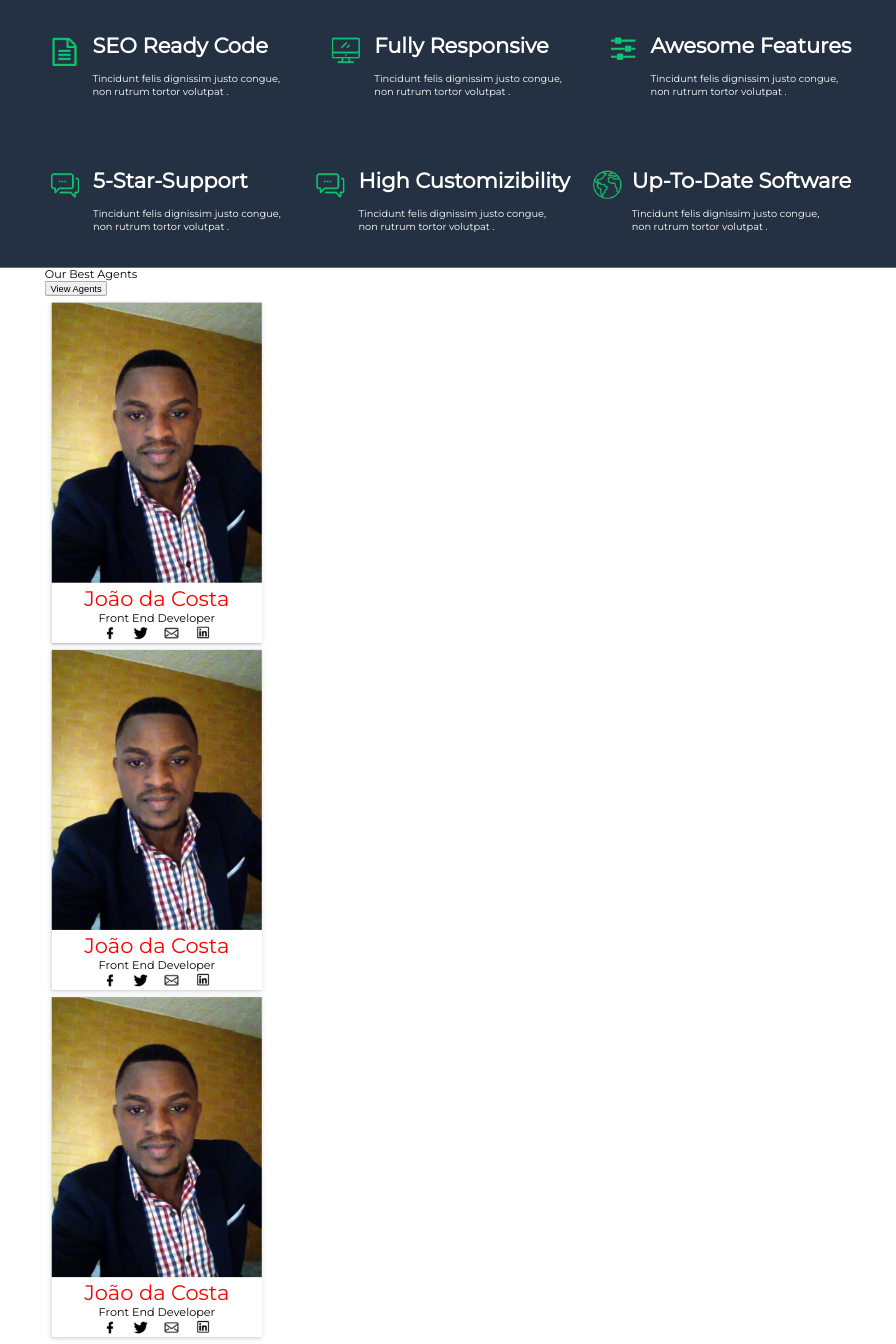
Repository: Yowani24/Real-Estate2
Page: index.html
An editor plug-in stored every save of this project. The page is shown before and after the next save, followed by the edit.
The browser window is 1280 px wide. The pictures show the part of the page from y = 1379 to 3299 px (the page is 3299 px tall), at 70% of full size.
Some web fonts or font styles are not loaded; a fallback is used.

Above is the page before, as saved 2021-08-27 15:18:42.

### index.html
<!DOCTYPE html>
<html lang="en">
<head>
    <meta charset="UTF-8">
    <meta http-equiv="X-UA-Compatible" content="IE=edge">
    <meta name="viewport" content="width=device-width, initial-scale=1.0">
    <title>Real State</title>
    <link rel="stylesheet" href="styles.css">

    <!-- ============FONT-FAMILY============== -->
    <link rel="preconnect" href="https://fonts.googleapis.com">
    <link rel="preconnect" href="https://fonts.gstatic.com" crossorigin>
    <link href="https://fonts.googleapis.com/css2?family=Montserrat&family=Rozha+One&display=swap" rel="stylesheet">

    <!-- ======================VUELS CDN=================== -->
    <script src="https://cdn.jsdelivr.net/npm/vue@2"></script>

</head>
<body>
    <Header>
        <div class="interface_wrapper header_wrapper">
            <div class="logo_box">
                <img src="/images/realLogo.png" alt="">
                <p><span>Real</span> Estate</p>
            </div>

            <div class="menu">
                <nav>
                    <ul>
                        <li><a href="#">Home</a></li>
                        <li><a href="#">About</a></li>
                        <li><a href="#">Agents</a></li>
                        <li><a href="#">Price</a></li>
                        <li><a href="#">Blog</a></li>
                    </ul>
                </nav>
            </div>
        </div>
    </Header>

    <section class="showcase_sec">
        <div class="interface_wrapper showcase">
            <p>Give Life For Your <br/>Dream <span>Home</span></p>
            <p>Always on the lookout for the hi-tech advancements.  Build not only a product that can sell well, but a platform through which to deliver it.</p>

            <div class="btns_box">
                <button>Read more</button>
                <button>Contact Us</button>
            </div>
        </div>
    </section>

    <section class="about_us_sec">
        <div class="interface_wrapper about_us">
            <p><span>About</span> Us</p>
            <p>A modern and unique style </p>

            <div id="app">
                <div v-for="item in items">
                    <img :src="item.ima" alt="">
                    <p>{{item.desc}}</p>
                </div>
            </div>
        </div>
    </section>

    <section class="services_sec">
        <div id="services" class="interface_wrapper services">
            <div class="services_box" v-for="item in items">
                <img :src="item.ima" alt="">
                <div>
                    <p>{{item.titulo}}</p>
                    <p>{{item.desc}}</p>
                </div>
            </div>
        </div>
    </section>

    <section class="best_agents_sec">
        <div class="interface_wrapper best_agents">
            <div id="bestAgents">
                <div>
                    <p>Our Best Agents</p>
                    <button>View Agents</button>
                </div>
                <div class="agents_box" v-for="item in items">
                    <div class="agents_image_box">
                        <img :src="item.ima" alt="">
                    </div>
                    <p>{{item.name}}</p>
                    <p>{{item.office}}</p>
                    <div class="agents_social">
                        <img src="/images/facebook.png" alt="">
                        <img src="/images/twitter.png" alt="">
                        <img src="/images/email.png" alt="">
                        <img src="/images/linkedin.png" alt="">
                    </div>
                </div>
            </div>
        </div>
    </section>



    <script>
        var app = new Vue({
            el: '#app',
            data: {
                items: [
                    {ima:'https://images.unsplash.com/photo-1583231684537-bd79dc887244?ixlib=rb-1.2.1&ixid=MnwxMjA3fDB8MHxwaG90by1yZWxhdGVkfDZ8fHxlbnwwfHx8fA%3D%3D&auto=format&fit=crop&w=500&q=60', desc:'Tomin Villa Denmarkd'},
                    {ima:'https://images.unsplash.com/photo-1613490493576-7fde63acd811?ixlib=rb-1.2.1&ixid=MnwxMjA3fDB8MHxwaG90by1yZWxhdGVkfDV8fHxlbnwwfHx8fA%3D%3D&auto=format&fit=crop&w=500&q=60', desc:'Financial Office Romania'},
                    {ima:'https://images.unsplash.com/photo-1416331108676-a22ccb276e35?ixlib=rb-1.2.1&ixid=MnwxMjA3fDB8MHxwaG90by1yZWxhdGVkfDJ8fHxlbnwwfHx8fA%3D%3D&auto=format&fit=crop&w=500&q=60', desc:'Cruzz Villa Spain'},
                ]
            }
        });

        var app = new Vue({
            el: '#services',
            data: {
                items: [
                    {ima:'/images/SEO_Ready_Code.png', titulo:'SEO Ready Code', desc:'Tincidunt felis dignissim justo congue, non rutrum tortor volutpat .'},
                    {ima:'/images/Fully_Responsive.png', titulo:'Fully Responsive', desc:'Tincidunt felis dignissim justo congue, non rutrum tortor volutpat .'},
                    {ima:'/images/Awesome_Features.png', titulo:'Awesome Features', desc:'Tincidunt felis dignissim justo congue, non rutrum tortor volutpat .'},
                    {ima:'/images/5-Star-Support.png', titulo:'5-Star-Support', desc:'Tincidunt felis dignissim justo congue, non rutrum tortor volutpat .'},
                    {ima:'/images/5-Star-Support.png', titulo:'High Customizibility', desc:'Tincidunt felis dignissim justo congue, non rutrum tortor volutpat .'},
                    {ima:'/images/Up-To-Date Software.png', titulo:'Up-To-Date Software', desc:'Tincidunt felis dignissim justo congue, non rutrum tortor volutpat .'},

                ]
            }
        });

        var app = new Vue({
            el: '#bestAgents',
            data: {
                items: [
                    {ima:'/images//www.jpg', name:'João da Costa', office:'Front End Developer'},
                    {ima:'/images//www.jpg', name:'João da Costa', office:'Front End Developer'},
                    {ima:'/images//www.jpg', name:'João da Costa', office:'Front End Developer'},


                ]
            }
        });

    </script>
</body>
</html>

### styles.css
*{
    margin: 0;
}

body{
    padding: 0;
    top: 0;
    left: 0;
    font-family: 'Montserrat', sans-serif;
}
.interface_wrapper{
    width: 90%;
    margin: 0 auto;
}

/* ======================HEADER======================= */
Header{
    background: rgb(23,34,47);
    color: #FFFFFF;
    padding: 10px 0;

}
.header_wrapper{
    display: flex;
    justify-content: space-between;
    align-items:center;
}
.logo_box{
    display: flex;
    align-items: center;
}
.logo_box p{
    font-size: 40px;
    font-weight: 400;
    font-family: 'Rozha One', serif;

}
.logo_box span{
    color: rgb(10, 199, 117);
}
Header .menu nav ul{
    display: flex;
    padding: 0;
}
Header .menu nav li{
    list-style: none;
    margin: 0 20px;
}
Header .menu nav a{
    text-decoration: none;
    color: #FFFFFF;
    font-size: 19px;

}

/* ======================SHOWCASE_SECTION======================= */
.showcase_sec{
    padding-top: 150px;
    padding-bottom: 100px;
    background-image: url('https://images.unsplash.com/photo-1544890603-cf0ce2d65561?ixlib=rb-1.2.1&ixid=MnwxMjA3fDB8MHxwaG90by1wYWdlfHx8fGVufDB8fHx8&auto=format&fit=crop&w=750&q=80');
    background-repeat: no-repeat;
    background-position: center;
    background-size: cover;
}
.showcase p:nth-child(1) {
    font-size: 85px;
    font-family: 'Rozha One', serif;
    width: 800px;
    border-left: 3px solid rgb(10, 199, 117);
    padding-left: 10px;
    line-height: 1;
    margin: 0 auto;
    color: #FFFFFF;

}
.showcase p:nth-child(1) span {
    color: rgb(10, 199, 117);
}

.showcase p:nth-child(2) {
    font-size: 16px;
    color: rgb(255, 255, 255);
    width: 650px;
    line-height: 2;
    margin-top: 75px;
}

.btns_box{
    margin-top: 40px;
}
.btns_box button {
    border: 2px solid rgb(10, 199, 117);
    padding: 0 45px;
    height: 55px;
    font-size: 16px;
    border-radius: 50px;
    font-weight: 500;
    color: #FFFFFF;
    line-height: 19px;
    cursor: pointer;
}

.btns_box button:nth-child(1) {
    background: rgb(10, 199, 117);
}
.showcase button:nth-child(2) {
    color:#FFFFFF;
    margin-left: 10px;
    background: none;
}


/* ======================ABOUT US======================= */
.about_us_sec{
    padding-bottom: 50px;
}
.about_us {
    display: flex;
    flex-direction: column;
}
.about_us p:nth-child(1) {
    font-size: 40px;
    border-left: 3px solid rgb(10, 199, 117);
    padding-left: 10px;
    margin: 0 auto;
    margin-top: 100px;
    margin-bottom: 10px;

}
.about_us p:nth-child(1) span {
    color: rgb(10, 199, 117);
}

.about_us p:nth-child(2) {
    font-size: 22px;
    font-style: italic;
    text-align: center;
    margin-bottom: 100px;
}

#app{
    display: flex;
    align-items: center;
    justify-content: space-between;
    width: 100%;
}
#app img{
    width: 200px;
    height: 200px;
    border-radius:100%;
}
#app p{
    text-align: center;
    font-size: 25px;
    width: 200px;
    margin: 0 auto;
    margin-top: 20px;
    font-style: normal;
}


/* ======================SERVICES======================= */

.services_sec{
    background: rgb(35, 49, 66);
    color: rgb(255, 255, 255);
}
.services{
    display: flex;
    flex-wrap: wrap;
    justify-content: space-between;
}
.services_box{
    display: flex;
    margin: 50px 0;
    align-items: flex-start;
}
.services_box img{
    margin-right: 10px;
}
.services_box p:nth-child(1){
    font-size: 30px;
    font-weight: bold;
}
.services_box p:nth-child(2){
    font-size: 14px;
    width: 280px;
    margin-top: 20px;
}



/* ======================OUR BEST AGENTS======================= */


.agents_box{
    width: 300px;
    box-shadow: rgba(60, 64, 67, 0.3) 0px 1px 2px 0px,
    rgba(60, 64, 67, 0.15) 0px 2px 6px 2px;
    margin: 10px;
    text-align: center;
}
.agents_box p:nth-child(2){
    font-size: 30px;
    color: red;
}
.agents_image_box{
    width: 100%;
}
.agents_image_box img{
    width: 100%;
}
.agents_social{
    text-align: center;
}
.agents_social img{
    margin: 0 10px;
}

After the next save:
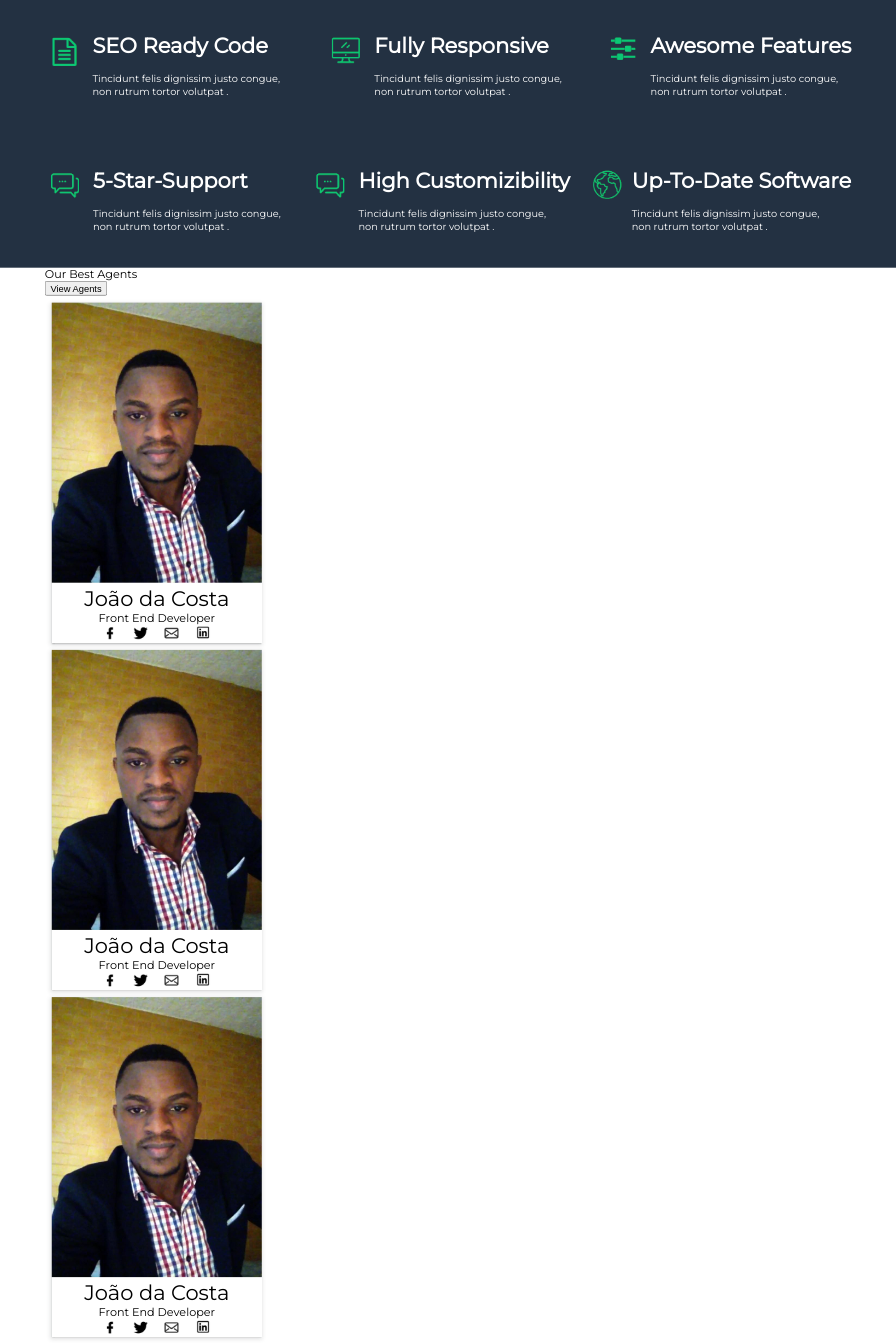
Saved 19 s later.
--- a/styles.css
+++ b/styles.css
@@ -202,7 +202,7 @@ Header .menu nav a{
 }
 .agents_box p:nth-child(2){
     font-size: 30px;
-    color: red;
+    font-weight: 500;
 }
 .agents_image_box{
     width: 100%;
